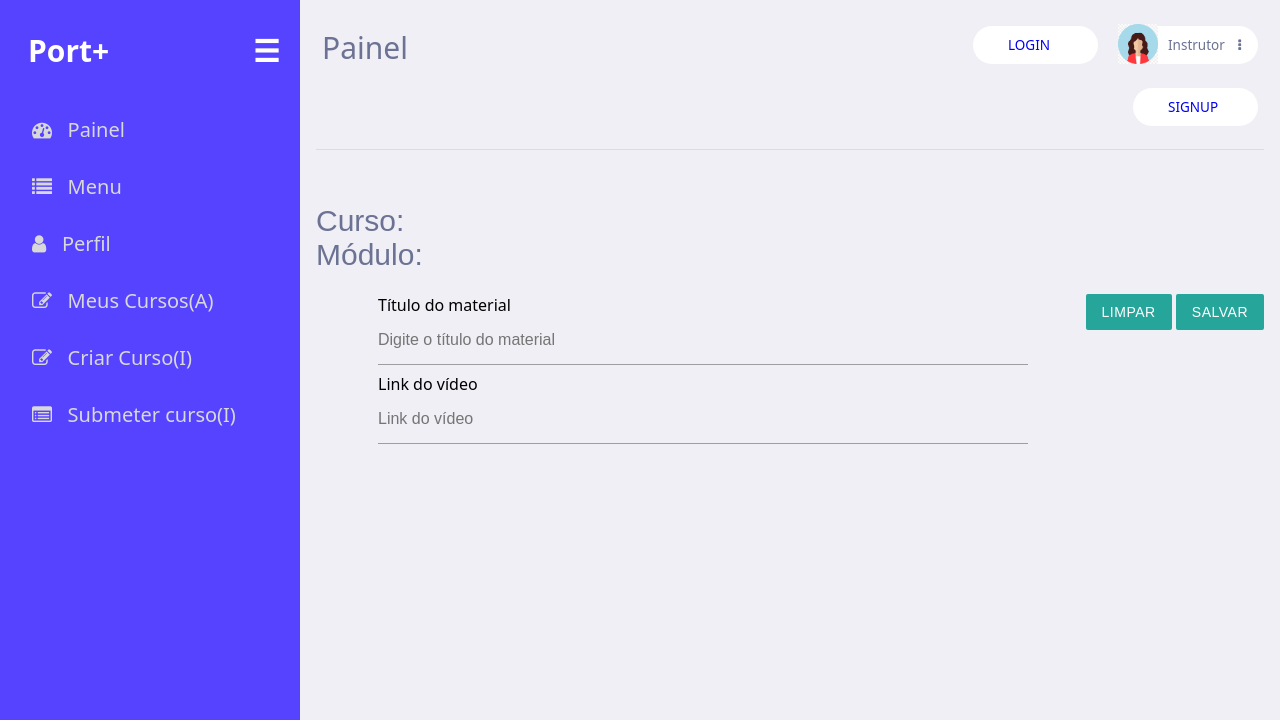
Repository: LauraMViana/Port-plus
Page: http://localhost/portPlus/criarCurso/addVideo
These files come from the project's save history. The page is drawn as it stood at one moment and after the next save; the edit follows.
The browser window is 1280 px wide. The pictures show the whole page.
The page is this project's Thymeleaf template; nobody is signed in. The template is opened directly, without the code that normally fills it, so the values that code supplies are empty.

Above is the page before, as saved 2021-12-28 14:49:04.

After the next save:
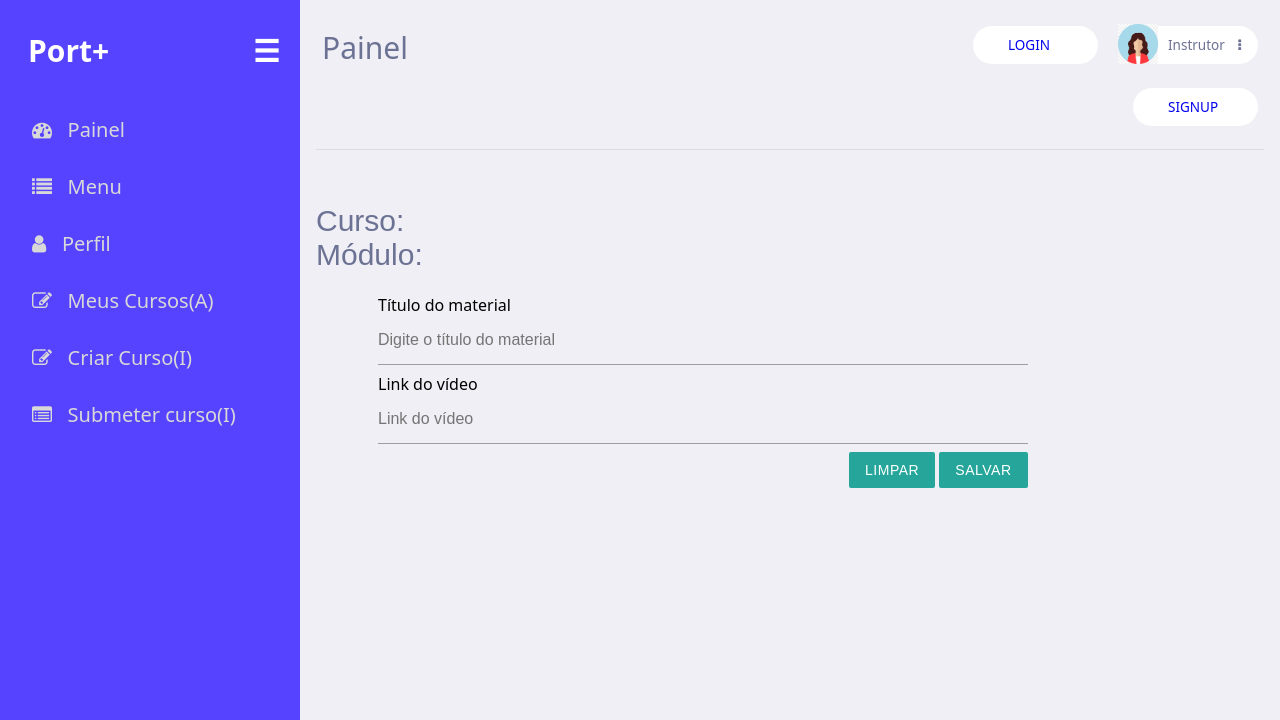
Saved 13 s later.
--- a/port/src/main/resources/templates/portPlus/criarCurso/addVideo.html
+++ b/port/src/main/resources/templates/portPlus/criarCurso/addVideo.html
@@ -36,7 +36,7 @@
 						th:field="${material.video}">
 				</div>
 			</div>
-			<div class="s9" id="btn">
+			<div class="col s9" id="btn">
 				<button class="btn waves-effect waves-light align-center"
 					type="reset" name="action">Limpar</button>
 				<button class="btn waves-effect waves-light align-center"
